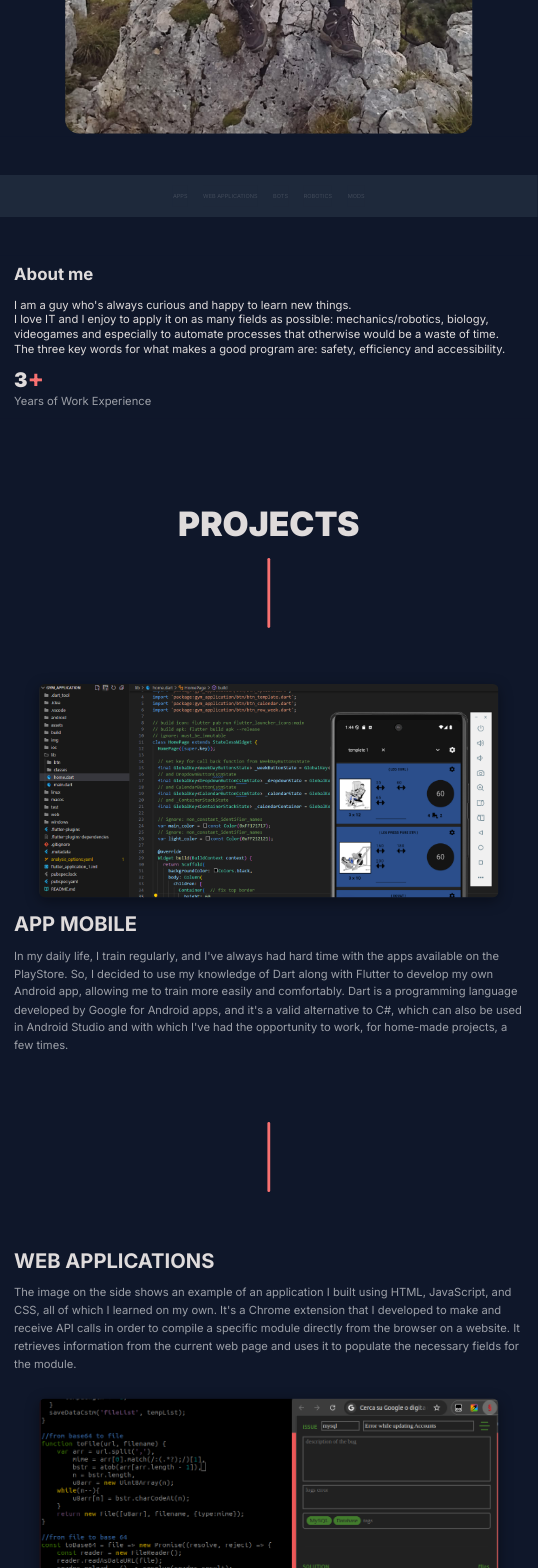
Repository: EnricoCalabrese/EnricoCalabrese.github.io
Page: index.html
An editor plug-in stored every save of this project. The page is shown before and after the next save, followed by the edit.
The browser window is 768 px wide. The pictures show the part of the page from y = 1030 to 3270 px (the page is 6134 px tall before and 6139 px after), at 70% of full size.

Above is the page before, as saved 2025-07-26 09:17:29.

### index.html
<!DOCTYPE html>
<html lang="en">
<!DOCTYPE html>
<html lang="en">
<head>
  <meta charset="UTF-8" />
  <meta name="viewport" content="width=device-width, initial-scale=1.0" />
  <title>EC - Developer portfolio</title>
  <link href="https://fonts.googleapis.com/css2?family=Inter:wght@400;700;900&display=swap" rel="stylesheet">
  <style>
    * {
      box-sizing: border-box;
    }

    :root {
      --color-bg: #0f172a;
      --color-bg-alt: #1e293b;
      --color-primary: #f87171;
      --color-white: #dfdbdb;
      --color-white-transparent: rgba(255, 255, 255, 0.158);
      --color-white-semi: rgba(255, 255, 255, 0.589);

      --font-family: 'Inter', sans-serif;

      --space-xs: 10px;
      --space-sm: 15px;
      --space-md: 20px;
      --space-lg: 60px;
      --space-xl: 80px;

      --font-lg: 1.8rem;
      --font-xl: 3rem;
      --font-xxl: 35px;

      --radius-sm: 6px;
      --radius-md: 8px;
      --radius-lg: 20px;
    }

    body {
      margin: 0;
      font-family: var(--font-family);
      background-color: var(--color-bg);
      color: var(--color-white);
      word-wrap: break-word;
    }

    header, section {
      padding: var(--space-lg) var(--space-md);
      max-width: 1200px;
      margin: auto;
    }

    nav {
      display: flex;
      justify-content: space-between;
      align-items: center;
      padding: var(--space-md);
    }

    nav a {
      color: var(--color-white);
      margin: 0 var(--space-sm);
      text-decoration: none;
    }

    .header {
      display: flex;
      flex-wrap: wrap;
      align-items: center;
      justify-content: space-between;
    }

    .header-text {
      max-width: 500px;
    }

    .header-text h1 {
      font-size: var(--font-xl);
      margin: 0;
    }

    .buttons {
      margin-top: var(--space-md);
    }

    .buttons button {
      margin-right: var(--space-sm);
      padding: var(--space-xs) var(--space-md);
      border: none;
      border-radius: var(--radius-sm);
      cursor: pointer;
      font-weight: bold;
    }

    .btn-primary {
      background-color: var(--color-primary);
      color: var(--color-white);
    }

    .btn-primary:hover {
      color: var(--color-bg);
    }

    .btn-secondary {
      background-color: transparent;
      border: 2px solid var(--color-primary) !important;
      color: var(--color-white);
    }

    .btn-secondary:hover {
      color: var(--color-primary);
    }

    .page {
      display: none;
      position: fixed;
      z-index: 1000;
      left: 0;
      top: 0;
      width: 100%;
      height: 100%;
      overflow: auto;
      background-color: rgba(15, 23, 42, 0.9);
      font-family: var(--font-family);
    }

    .page-content {
      background-color: var(--color-bg-alt);
      margin: 10% auto;
      padding: var(--space-md);
      border-radius: var(--radius-lg);
      max-width: 400px;
      color: var(--color-white);
      box-shadow: 0 5px 20px rgba(0,0,0,0.6);
      text-align: center;
      position: relative;
    }

    .close-btn {
      color: var(--color-white);
      position: absolute;
      right: 15px;
      top: 10px;
      font-size: 28px;
      font-weight: bold;
      cursor: pointer;
    }

    .close-btn:hover {
      color: var(--color-primary);
    }

    .email-wrapper {
      margin-top: var(--space-md);
      display: flex;
      justify-content: center;
      gap: var(--space-xs);
    }

    .email-wrapper input {
      flex: 1;
      padding: var(--space-xs);
      border-radius: var(--radius-sm);
      border: none;
      background-color: var(--color-bg);
      color: var(--color-white);
      font-weight: bold;
      font-size: 1rem;
    }

    .email-wrapper button {
      background-color: var(--color-primary);
      border: none;
      border-radius: var(--radius-sm);
      color: var(--color-bg);
      cursor: pointer;
      font-weight: bold;
      padding: var(--space-xs) var(--space-md);
      transition: background-color 0.3s ease;
    }

    .email-wrapper button:hover {
      background-color: #ef4444;
    }

    .profile-img {
      width: 300px;
      border-radius: var(--radius-lg);
    }

    .skills-wrapper {
      position: relative;
      padding: var(--space-lg) 0;
      background-color: var(--color-bg);
      margin-top: -3.5rem;
    }

    .skills-wrapper::before {
      content: "";
      position: absolute;
      top: 50%;
      width: 100%;
      height: 60px;
      background-color: var(--color-bg-alt);
      transform: translateY(-50%);
      z-index: 0;
    }

    .skills {
      position: relative;
      z-index: 1;
      text-align: center;
    }

    .skills a {
      text-decoration: none;
      color: var(--color-white-transparent);
      background-color: var(--color-bg-alt);
      padding: var(--space-xs) 5%;
      display: inline-block;
      margin: var(--space-xs);
      cursor: pointer;
      transition: color 0.3s ease;
    }

    .skills a:hover, .shortcuts a:hover {
      color: var(--color-primary);
    }

    .about {
      display: flex;
      flex-wrap: wrap;
      justify-content: space-between;
      align-items: center;
      padding: 0 var(--space-md);
      background-color: var(--color-bg);
      margin-top: -1%;
    }

    .about-text {
      flex: 0 0 50%;
      max-width: 600px;
    }

    .stat {
      flex: 0 0 50%;
    }

    .stat-number {
      font-size: var(--font-lg);
      font-weight: 900;
      color: var(--color-white);
      display: flex;
      align-items: baseline;
    }

    .stat-number .plus {
      color: var(--color-primary);
      font-size: var(--font-xxl);
      font-weight: 700;
      line-height: 1;
      margin-top: -2%;
    }

    .stat-text {
      color: var(--color-white-semi);
      margin-top: 2px;
    }

    .projects-section {
      padding: var(--space-xl) var(--space-md);
      text-align: center;
      position: relative;
    }

    .projects-title {
      font-size: var(--font-xl);
      color: var(--color-white);
      margin-bottom: var(--space-md);
      font-weight: 900;
    }

    .vertical-divider {
      width: 4px;
      height: 100px;
      background-color: var(--color-primary);
      margin: 0 auto var(--space-xl);
      border-radius: 2px;
    }

    .project-block {
      display: flex;
      align-items: center;
      justify-content: center;
      margin: var(--space-xl) auto;
      max-width: 900px;
      gap: var(--space-md);
      flex-wrap: wrap;
      flex-direction: row;
    }

    .project-img {
      width: 300px;
      border-radius: var(--radius-md);
      box-shadow: 0 5px 20px rgba(0,0,0,0.4);
    }

    .project-description {
      max-width: 400px;
      text-align: left;
    }

    .project-description h3 {
      font-size: var(--font-lg);
      color: var(--color-white);
      margin: 0 0 var(--space-xs);
    }

    .project-description p {
      color: var(--color-white-semi);
      line-height: 1.6;
    }

    .simple-text {
      line-height: 1.3;
    }

    footer {
      text-align: center;
      padding: var(--space-md);
      background-color: var(--color-bg-alt);
    }

    #image-container {
      display: block;
      position: fixed;
      z-index: 1500;
      left: 0;
      top: 0;
      width: 100%;
      height: 100%;
      background-color: rgba(15, 23, 42, 0.95);
      display: flex;
      justify-content: center;
      align-items: center;
      cursor: zoom-out;
    }

    #image-container .page-content {
      background: none;
      box-shadow: none;
      max-width: 90%;
      max-height: 90%;
      padding: 0;
      position: relative;
      display: flex;
      justify-content: center;
      align-items: center;
    }

    #image-container img {
      max-width: 100%;
      max-height: 100%;
      border-radius: var(--radius-lg);
      pointer-events: none;
    }

    #ref {
      display: block;
      position: relative;
      top: -80px;
      visibility: hidden;
      height: 0;
      width: 0;
      overflow: hidden;
    }

    /* mobile settings */
    @media (max-width: 768px) {
      nav {
        flex-direction: column;
        align-items: flex-start;
      }

      .header {
        flex-direction: column;
        align-items: center;
        text-align: center;
      }

      .header-text {
        max-width: 100%;
      }

      .buttons {
        display: flex;
        flex-direction: column;
        align-items: center;
      }

      .buttons button {
        margin-bottom: var(--space-xs);
        width: 80%;
      }

      .profile-img {
        width: 80%;
        margin-top: var(--space-md);
      }

      .about {
        flex-direction: column;
        align-items: flex-start;
        gap: var(--space-md);
      }

      .about-text, .stat {
        flex: 1 1 100%;
        max-width: 100%;
      }

      .project-block {
        flex-direction: column !important;
        text-align: center;
      }

      .project-description {
        max-width: 100%;
      }

      .project-img {
        width: 90%;
      }

      .email-wrapper {
        flex-direction: column;
        gap: var(--space-xs);
      }

      .email-wrapper input,
      .email-wrapper button {
        width: 100%;
      }

      .skills {
        position: relative;
        z-index: 1;
        text-align: center;
        font-size: 50%;
      }

      .skills a {
        text-decoration: none;
        color: var(--color-white-transparent);
        background-color: var(--color-bg-alt);
        padding: var(--space-xs) 0;
        display: inline-block;
        cursor: pointer;
        transition: color 0.3s ease;
      }
    }
  </style>
</head>
<body>
  <nav>
    <div><strong>Enrico Calabrese</strong></div>
    <div class="shortcuts">
      <a href="#about" class="scroll-link">About</a>
      <a href="https://www.linkedin.com/in/enrico-calabrese-4961b4376/">Linkedin</a>
    </div>
  </nav>

  <header class="header">
    <div class="header-text">
      <p>Hello,</p>
      <h1>I'm Enrico<br><strong>Software Developer</strong></h1>
      <div class="buttons">
        <button class="btn-primary" id="contacts">Contacts</button>
        <button class="btn-secondary" id="myresume">My resume</button>
      </div>
    </div>
    <img src="source/profile.jpg" alt="photo" class="profile-img" onerror="this.style.display='none'">
  </header>

  <div id="contact-page" class="page">
    <div class="page-content">
      <span class="close-btn">&times;</span>
      <h2>Contact Me</h2>
      <p>Email:</p>
      <div class="email-wrapper">
        <input type="text" id="email" readonly value="enricocalabrese21@gmail.com" />
        <button id="copy-email">Copy</button>
      </div>
      <p id="copy-message" style="color: var(--color-primary); display: none;">Copied to clipboard!</p>
    </div>
  </div>

  <div class="skills-wrapper">
    <div class="skills">
      <a href="#app" class="scroll-link">APPS</a>
      <a href="#web" class="scroll-link">WEB APPLICATIONS</a>
      <a href="#bots" class="scroll-link">BOTS</a>
      <a href="#robots" class="scroll-link">ROBOTICS</a>
      <a href="#mods" class="scroll-link">MODS</a>
    </div>
  </div>
  <span id="ref"></span>

  <section id="about" class="about">
    <div class="about-text">
      <h2>About me</h2>
      <p class="simple-text">
        I am a guy who's always curious and happy to learn new things.<br>
        I love IT and I enjoy to apply it on as many fields as possible: mechanics/robotics, biology, videogames and especially to automate processes that otherwise would be a waste of time.<br>
        The three key words for what makes a good program are: safety, efficiency and accessibility.
      </p>
      <div class="stat">
        <div class="stat-number"><span class="plus">+</span></div>
        <p class="stat-text">Years of Work Experience</p>
      </div>
    </div>
  </section>

  <section class="projects-section">
    <h2 class="projects-title">PROJECTS</h2>
    <div class="vertical-divider"></div>

    <div class="project-block">
      <img src="source/project1.png" alt="Project 1" class="project-img" onerror="this.style.display='none'">
      <div class="project-description" id="app">
        <h3>APP MOBILE</h3>
        <p>In my daily life, I train regularly, and I've always had hard time with the apps available on the PlayStore.
          So, I decided to use my knowledge of Dart along with Flutter to develop my own Android app, allowing me to train more easily and comfortably.
            Dart is a programming language developed by Google for Android apps, and it's a valid alternative to C#, which can also be used in Android Studio
            and with which I've had the opportunity to work, for home-made projects, a few times.</p>
      </div>
    </div>
    <div class="vertical-divider"></div>

    <div class="project-block">
      <div class="project-description" id="web">
        <h3>WEB APPLICATIONS</h3>
        <p>The image on the side shows an example of an application I built using HTML, JavaScript, and CSS, all of which I learned on my own.
          It's a Chrome extension that I developed to make and receive API calls in order to compile a specific module directly from the browser on a website.
          It retrieves information from the current web page and uses it to populate the necessary fields for the module.</p>
      </div>
      <img src="source/project2.png" alt="Project 2" class="project-img" onerror="this.style.display='none'">
    </div>
    <div class="vertical-divider"></div>

    <div class="project-block">
      <img src="source/project3.png" alt="Project 3" class="project-img" onerror="this.style.display='none'">
      <div class="project-description" id="bots">
        <h3>PYTHON-BASED BOTS</h3>
        <p>Python is one of the best and most versatile programming languages available today, and it's excellent for creating bots.
          The image on the side shows a Discord bot I created. Discord is a free communication app used to chat and hang out with your favorite creators, communities, and friends.
            The bot I made to allows users, through simple commands in the chat, to play the game "Blood on the Clocktower" with others in a voice channel.
            This game is a more complex version of the famous game Werewolf (Italian: Lupus in Fabula).
            Using Python, I also created a Telegram bot in order to remotely manage a machine that I set up as a hosting server.
        </p>
      </div>
    </div>
    <div class="vertical-divider"></div>

    <div class="project-block">
      <div class="project-description" id="robots">
        <h3>ROBOTICS & AUTOMATION</h3>
        <p>Since high school, I've always had an interest in automation, and I find it super fun to animate robots and apply computer science to something that can moves.
          A few years ago, I took on the challenge of building a drone from scratch and programming it in C++. I developed calculation functions which, thanks to the input from various sensors,
          were able to determine the necessary speed for each individual motor to stabilize the drone through the appropriate output signals.
        </p>
      </div>
      <img src="source/project4.png" alt="Project 4" class="project-img" onerror="this.style.display='none'">
    </div>
    <div class="vertical-divider"></div>

    <div class="project-block">
      <img src="source/project5.png" alt="Project 5" class="project-img" onerror="this.style.display='none'">
      <div class="project-description" id="mods">
        <h3>VIDEOGAMES MODS</h3>
        <p>Programming a video game mod is a great way to develop both technical and creative skills. It allows you to improve your coding abilities, and understand the architecture of complex systems.
            Modding combines passion and practice, which is why I started programming, first with Java and later with .mcfunction, to create mods and datapacks for the game Minecraft.
        </p>
      </div>
    </div>
  </section>

  <div id="image-container" class="page">
    <div class="page-content">
      <img id="zoomed-img" src="" alt="zoomed" />
    </div>
  </div>

  <footer>
  </footer>

  <script>
    // manage image zoom
    const zoomed = document.getElementById('image-container');
    document.querySelectorAll('.project-img').forEach(img => {
      img.addEventListener('click', () => {
        document.getElementById('zoomed-img').src = img.src;
        zoomed.style.display = 'flex';
      });
    });

    zoomed.addEventListener('click', (e) => { // on click out of the page
      if (e.target === zoomed) {
        zoomed.style.display = 'none';
      }
    });

    window.onload = () => {
      zoomed.style.display = 'none';
    };

    // manage new window contacts
    const page = document.getElementById('contact-page');
    const emailInput = document.getElementById('email');
    const copyMessage = document.getElementById('copy-message');

    document.getElementById('contacts').addEventListener('click', () => {
      page.style.display = 'block';
      copyMessage.style.display = 'none';
    });

    page.querySelector('.close-btn').addEventListener('click', () => {
      page.style.display = 'none';
    });

    window.addEventListener('click', (e) => { // on click out of the page
      if (e.target === page) {
        page.style.display = 'none';
      }
    });

    document.getElementById('copy-email').addEventListener('click', () => {
      emailInput.select();
      emailInput.setSelectionRange(0, 99999);
      try {
        // use document.execCommand for broader browser support in iFrames
        const successful = document.execCommand('copy');
        if (successful) {
          copyMessage.style.display = 'block';
          setTimeout(() => copyMessage.style.display = 'none', 2000);
        }
      } catch (err) {
        console.error('Failed to copy email: ', err);
      }
    });

    // auto scroll the page to the top when open
    window.onbeforeunload = function () {
      window.scrollTo(0, 0);
    };

    // scroll page on center when click a link, normal href set the page on top
    document.querySelectorAll('.scroll-link').forEach(link => {
      link.addEventListener('click', function(e) {
        e.preventDefault();
        const targetId = this.getAttribute('href').substring(1);
        const targetElem = document.getElementById(targetId);
        if (targetElem) {
          const elemRect = targetElem.getBoundingClientRect();
          const maxElemTop = window.pageYOffset + elemRect.top;
          const middle = maxElemTop - (window.innerHeight / 2) + (elemRect.height / 2);

          window.scrollTo({
            top: middle,
            behavior: 'smooth'
          });
        }
      });
    });

    // setup experience years based on current year
    const statNum = document.querySelector('.stat-number');
    if (statNum) {
      const startDate = new Date('2021-09-27');
      const now = new Date();
      const diffYears = (now - startDate) / (1000 * 60 * 60 * 24 * 365.25);
      const roundedYears = Math.floor(diffYears);
      statNum.innerHTML = `${roundedYears}<span class="plus">+</span>`;
    }

    // link to resume when click "my resume" button
    document.getElementById('myresume').addEventListener('click', function () {
      const link = document.createElement('a');
      link.href = 'source/resume.pdf';
      link.download = 'Enrico-Calabrese-Resume.pdf';
      document.body.appendChild(link);
      link.click();
      document.body.removeChild(link);
    });
  </script>
</body>
</html>

After the next save:
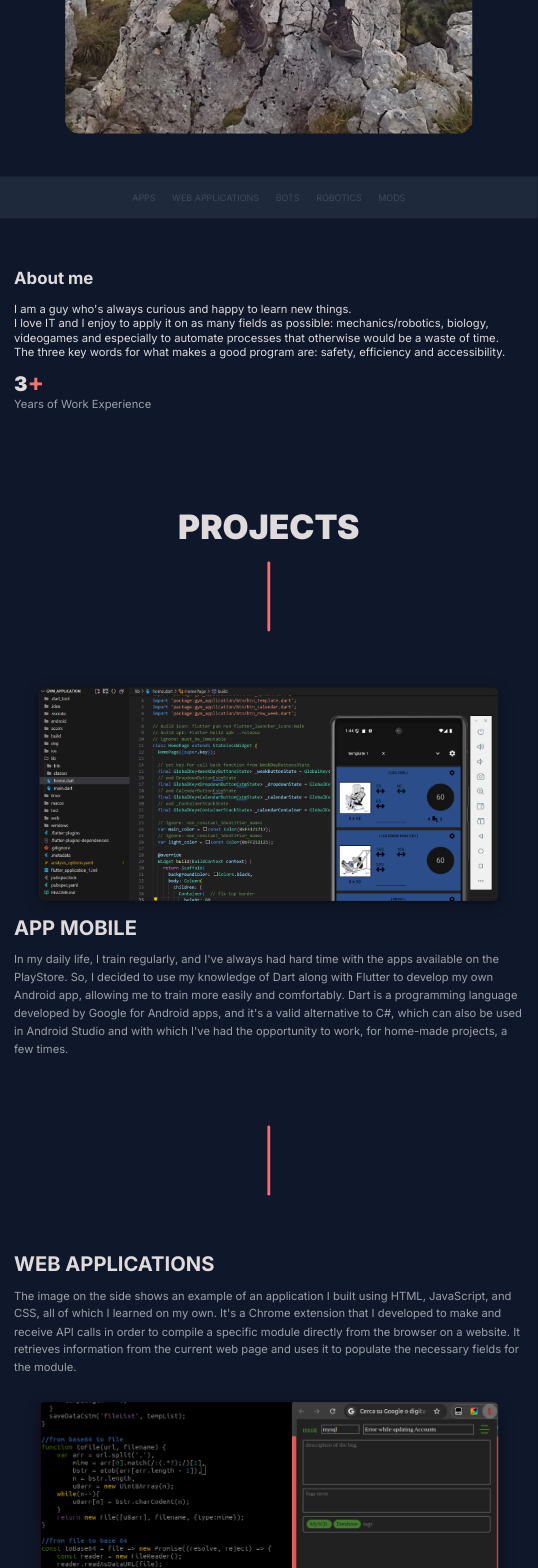
Saved 8 s later.
--- a/index.html
+++ b/index.html
@@ -447,7 +447,7 @@
         position: relative;
         z-index: 1;
         text-align: center;
-        font-size: 50%;
+        font-size: 80%;
       }
 
       .skills a {
